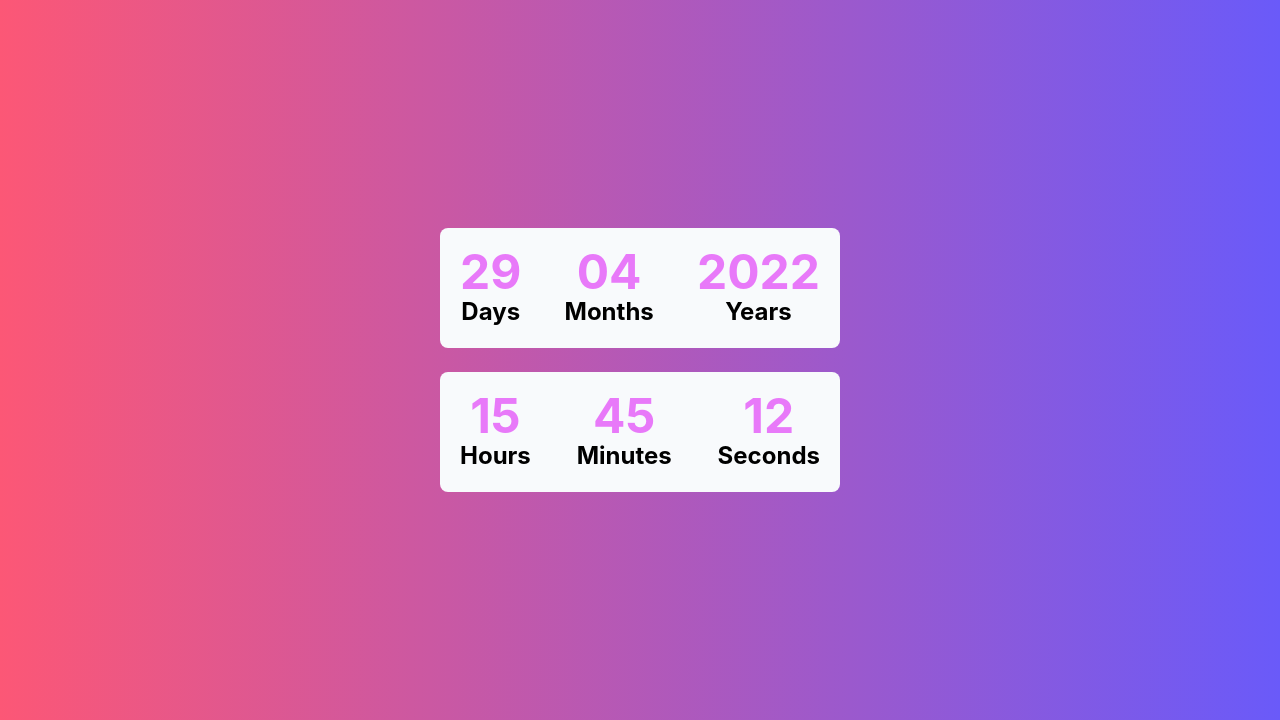
Repository: huynhsang96/bt_codegymHook
Page: /
These files come from the project's save history. The page is drawn as it stood at one moment and after the next save; the edit follows.
The browser window is 1280 px wide. The pictures show the whole page.
The project was rebuilt for these pictures with package versions that can differ from the ones it lists, and the page was loaded fresh each time.

Above is the page before, as saved 2022-04-29 17:02:34.

### src/index.js
import React from "react";
import ReactDOM from "react-dom/client";
import "./index.css";
import App from "./App";
import reportWebVitals from "./reportWebVitals";

const root = ReactDOM.createRoot(document.getElementById("root"));
root.render(
	<React.StrictMode>
		<App />
	</React.StrictMode>
);

reportWebVitals();

### src/index.css
body {
	margin: 0;
	font-family: -apple-system, BlinkMacSystemFont, "Segoe UI", "Roboto", "Oxygen",
		"Ubuntu", "Cantarell", "Fira Sans", "Droid Sans", "Helvetica Neue",
		sans-serif;
	-webkit-font-smoothing: antialiased;
	-moz-osx-font-smoothing: grayscale;
}

code {
	font-family: source-code-pro, Menlo, Monaco, Consolas, "Courier New",
		monospace;
}
@tailwind base;
@tailwind components;
@tailwind utilities;

### src/App.js
import "./App.css";
import Clock from "./component/ClockHook/Clock";

function App() {
	return (
		<div>
			<Clock></Clock>
		</div>
	);
}

export default App;

### src/App.css
*,
*::before,
*::after {
	box-sizing: border-box;
}
* {
	margin: 0;
}

html,
body {
	height: 100%;
}
body {
	line-height: 1.5;
	-webkit-font-smoothing: antialiased;
	-webkit-tap-highlight-color: rgba(0, 0, 0, 0);

	background-image: linear-gradient(to right, #fc5776, #6a5af9);
	display: flex;
	justify-content: center;
	align-items: center;
	height: 100vh;
}

img,
picture,
video,
canvas,
svg {
	display: block;
	max-width: 100%;
}
input,
button,
textarea,
select {
	font: inherit;
	outline: none;
	border: none;
}
p,
h1,
h2,
h3,
h4,
h5,
h6 {
	overflow-wrap: break-word;
}

### src/component/ClockHook/Clock.js
import React, { useEffect, useState } from "react";
import useClock from "../../Hooks/useClock";

const Clock = () => {
	// const [now, setNow] = useState(new Date());
	// useEffect(() => {
	// 	const timer = setInterval(() => {
	// 		setNow(new Date());
	// 	}, 1000);
	// 	return () => clearInterval(timer);
	// }, [now]);
	// const years = now.getFullYear();
	// const months = now.getMonth() + 1;
	// const days = now.getDate();
	// const hours = now.getHours();
	// const minutes = now.getMinutes();
	// const seconds = now.getSeconds();
	// console.log(seconds < 10 ? "0" + seconds : seconds);

	const { years, months, days, hours, minutes, seconds } = useClock();

	return (
		<div className="p-5 w-full h-full mx-auto">
			<ul className="flex min-w-[400px] flex-row justify-between bg-slate-50 p-5 rounded-lg">
				<GetDataBase data={days} base="Days"></GetDataBase>
				<GetDataBase data={months} base="Months"></GetDataBase>
				<GetDataBase data={years} base="Years"></GetDataBase>
			</ul>
			<br></br>
			<ul className="flex flex-row justify-between bg-slate-50 p-5 rounded-lg">
				<GetDataBase data={hours} base="Hours"></GetDataBase>
				<GetDataBase data={minutes} base="Minutes"></GetDataBase>
				<GetDataBase data={seconds} base="Seconds"></GetDataBase>
			</ul>
		</div>
	);
};

const GetDataBase = (props) => {
	return (
		<li className="flex flex-col justify-center text-center">
			<span className="font-bold text-5xl text-fuchsia-400">{props.data}</span>
			<span className="font-bold text-2xl">{props.base}</span>
		</li>
	);
};

export default Clock;

### src/Hooks/useClock.js
import { useEffect, useState } from "react";

export default function useClock() {
	const [now, setNow] = useState(new Date());
	useEffect(() => {
		const timer = setInterval(() => {
			setNow(new Date());
		}, 1000);
		return () => clearInterval(timer);
	}, [now]);
	const years = now.getFullYear();
	const months = now.getMonth() + 1;
	const days = now.getDate();
	const hours = now.getHours();
	const minutes = now.getMinutes();
	const seconds = now.getSeconds();
	return {
		years,
		months: months < 10 ? "0" + months : months,
		days: days < 10 ? "0" + days : days,
		hours: hours < 10 ? "0" + hours : hours,
		minutes: minutes < 10 ? "0" + minutes : minutes,
		seconds: seconds < 10 ? "0" + seconds : seconds,
	};
}

Loaded but not shown: public/index.html (common file); src/reportWebVitals.js (common file); tailwind.config.js (common file)

After the next save:
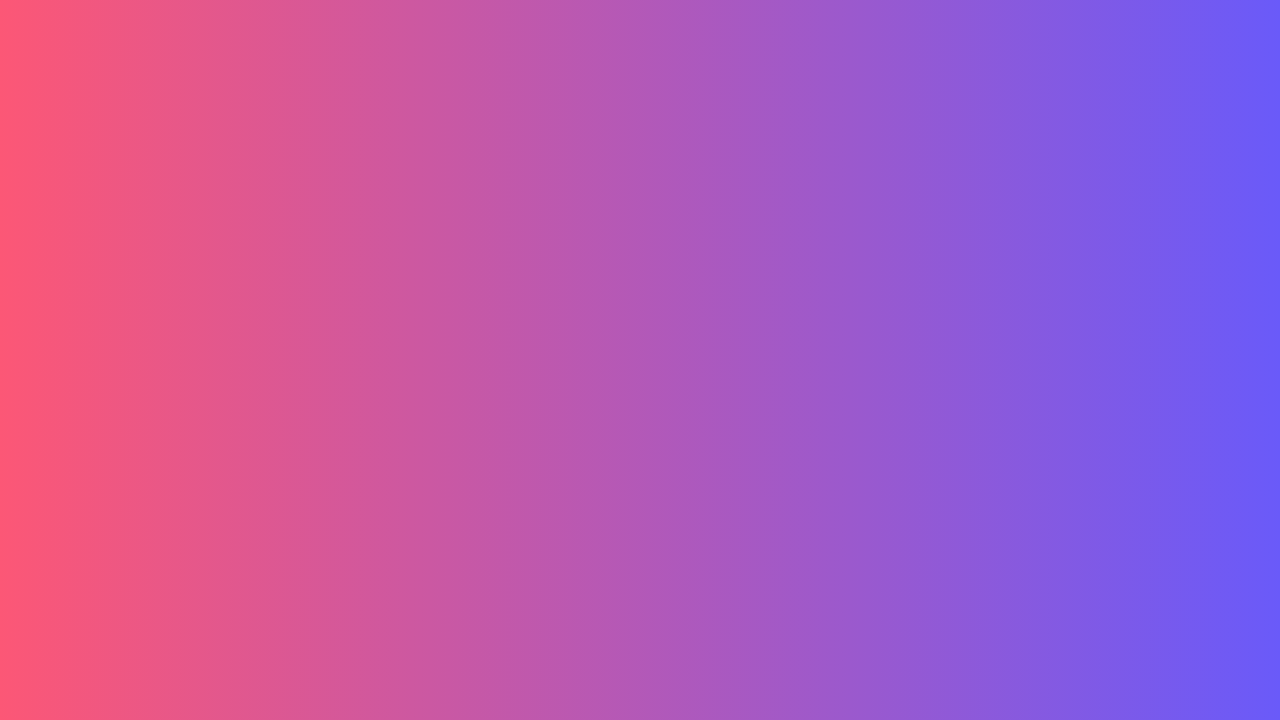
Saved 26 min 31 s later.
--- a/src/App.js
+++ b/src/App.js
@@ -4,7 +4,9 @@ import Clock from "./component/ClockHook/Clock";
 function App() {
 	return (
 		<div>
-			<Clock></Clock>
+			{/* bài tập 1 */}
+			{/* <Clock></Clock> */}
+			{/* bài tập 2 */}
 		</div>
 	);
 }
